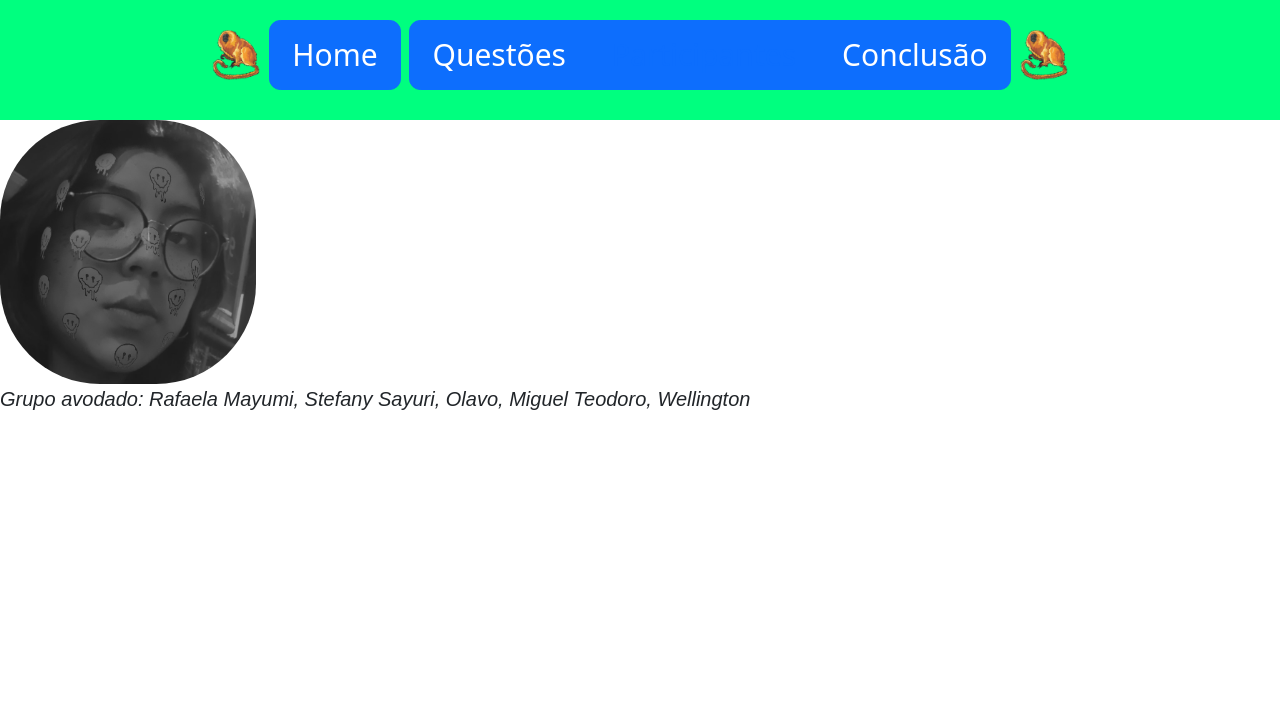
Repository: OlavoSchiavi/Site-de-biologia
Page: participantes.html
These files come from the project's save history. The page is drawn as it stood at one moment and after the next save; the edit follows.
The browser window is 1280 px wide. The pictures show the whole page.

Above is the page before, as saved 2023-04-18 22:44:07.
Not found: JS/script.js

### participantes.html
<!DOCTYPE html>
<html lang="pt-br">
<head>
    <meta charset="UTF-8">
    <meta http-equiv="X-UA-Compatible" content="IE=edge">
    <meta name="viewport" content="width=device-width, initial-scale=1.0">
    <title>Site de biologia - Paticipantes</title>
    <link rel="stylesheet" href="CSS/style.css">
    <link href="https://cdn.jsdelivr.net/npm/bootstrap@5.3.0-alpha3/dist/css/bootstrap.min.css" rel="stylesheet" integrity="sha384-KK94CHFLLe+nY2dmCWGMq91rCGa5gtU4mk92HdvYe+M/SXH301p5ILy+dN9+nJOZ" crossorigin="anonymous">
    <link rel="icon" href="imagens/monkey.png" type="image/png">
    <link rel="stylesheet" href="JS/script.js">
    <link rel="icon" type="image/png" href="imagens/arara.png">
</head>
<body>
    <header>
        <nav class="mapa">
            <img id="logo" src="imagens/monkey.png" alt="Logo">
            <button type="button" class="btn btn-primary">
                <a href="index.html" class="button">Home</a>
            </button>
            <div class="btn-group" role="group" aria-label="Basic example">
                <button type="button" class="btn btn-primary">
                    <a href="quest.html" class="button">Questões</a>
                </button>
                <button type="button" class="btn btn-primary">
                    <a href="participantes.html">Participantes</a>
                </button>
                <button type="button" class="btn btn-primary">Conclusão</button>
              </div>
              <img id="logo" src="imagens/monkey.png" alt="Logo">
        </nav>
    </header>
    <main>
        <img src="imagens/sayuri.jpeg" alt="Foto de perfil" class="perfil">
    </main>
    <footer style="font-size: 20px; font-style: italic;">
        Grupo avodado: Rafaela Mayumi, Stefany Sayuri, Olavo, Miguel Teodoro, Wellington
    </footer>
</body>
</html>

### CSS/style.css
header{
    padding: 20px;
    height: 120px;
    background-color:springgreen;
}
.arara{
    width: 20%;
    float: right;
}
#logo{
    width: 50px;
}

body,main,footer,html{
    font-family: Arial, Helvetica, sans-serif;
    font-size: 30px;
}
.button{
    color:white;
    text-decoration: none;
}
.mapa{
    text-align: center;
}
h1,h4{
    text-align: center;
}
h6{
    font-style:oblique;
}
.checkbox {
    display: none;
}
.btn-toggle {
    margin-bottom: 0;
    cursor: pointer;
    border-radius: 3px;
}
.btn-toggle-primary {
    color: #fff;
    background-color: #4caf50;
    border-color: #4caf50;
}
.btn-toggle-primary:hover {
    color: #fff;
    background-color: #4caf50;
    border-color: #4caf50;
}
.btn-toggle-primary:focus {
    color: #fff;
    background-color: #4caf50;
    border-color: #4caf50;
    box-shadow: none;
}
.btn-toggle-primary.active {
    color: #fff;
    background-color: #2196f3;
    border-color: #2196f3;

}
.btn-toggle-primary.active:hover {
    color: #fff;
    background-color: #2196f3;
    border-color: #2196f3;
}
.checkbox:checked ~ .texto {
    display: block;
}
.texto {
    display: none;
    margin-top: 10px;
    padding: 10px;
    background-color: #f2f2f2;
}
.perfil {
    width: 20%;
    border-radius: 100px;
  }

After the next save:
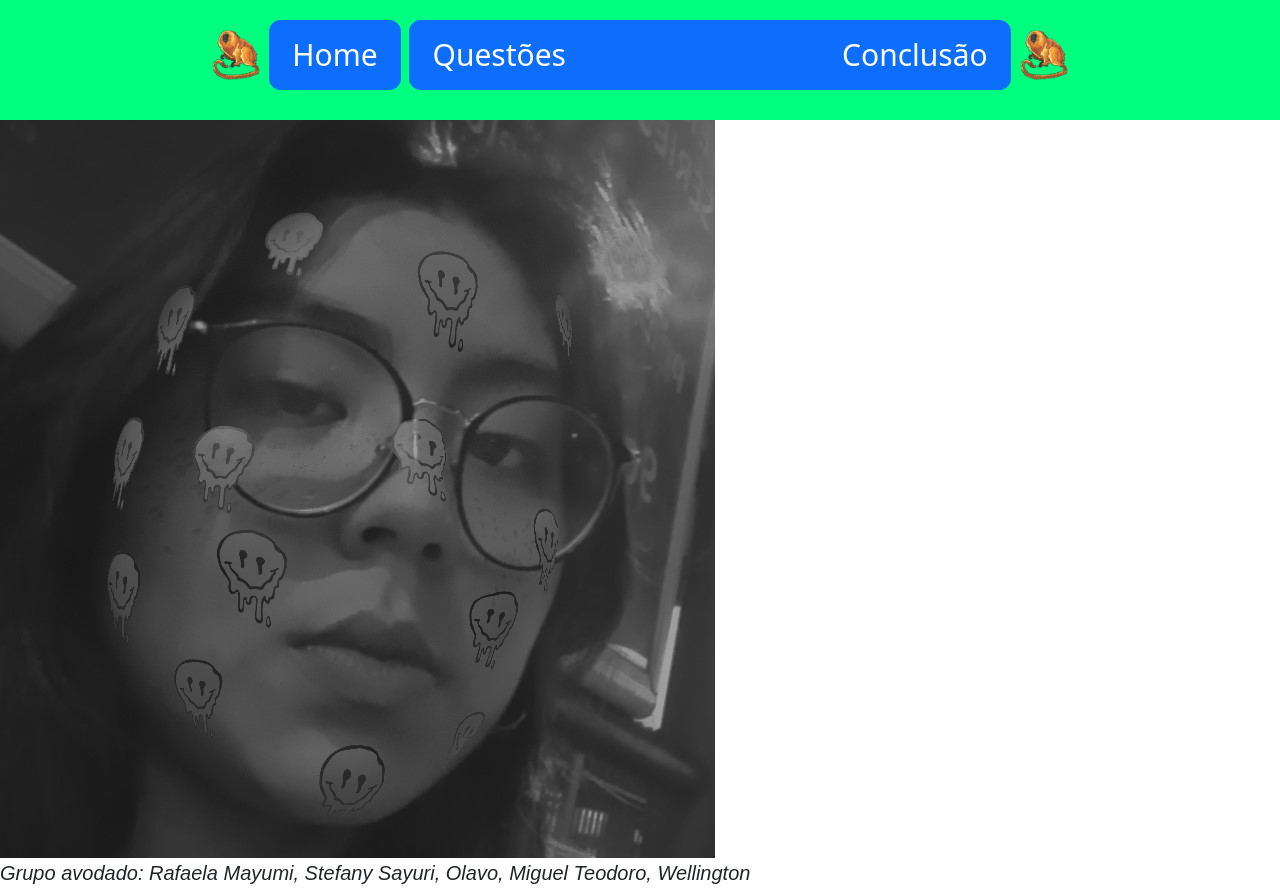
Saved 1 s later.
--- a/participantes.html
+++ b/participantes.html
@@ -31,7 +31,9 @@
         </nav>
     </header>
     <main>
-        <img src="imagens/sayuri.jpeg" alt="Foto de perfil" class="perfil">
+        <div class="perfil">
+            <img src="imagens/sayuri.jpeg" alt="">
+        </div>
     </main>
     <footer style="font-size: 20px; font-style: italic;">
         Grupo avodado: Rafaela Mayumi, Stefany Sayuri, Olavo, Miguel Teodoro, Wellington
